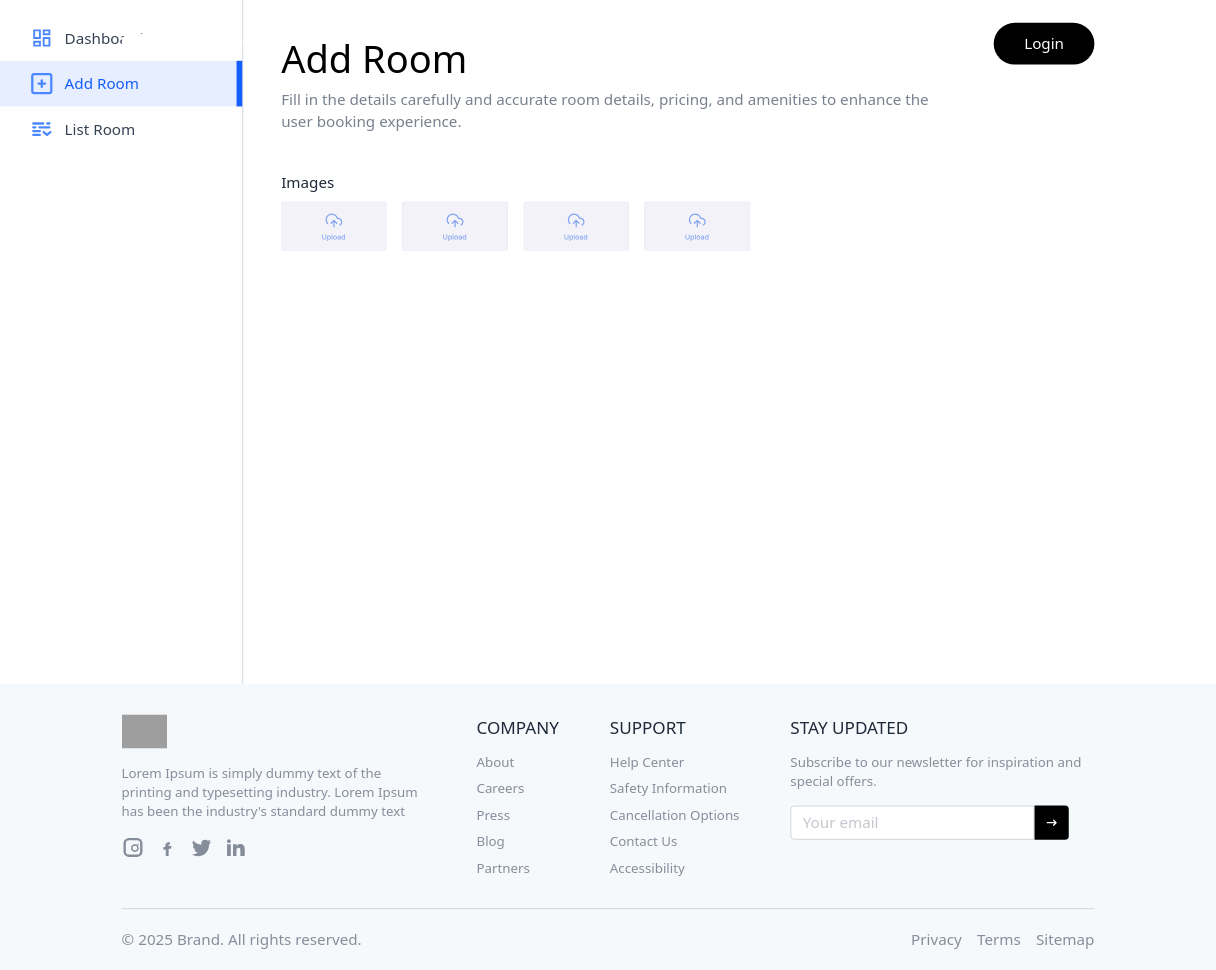
Repository: Ponn-Star/My-App
Page: /owner/add-room (app in FrontEnd/)
The author's editor kept a copy of each file at every save. The page is drawn from the files as they stood at one save, then again after the next save.
The browser window is 1280 px wide. The pictures show the whole page, at 95% of full size.
Pictures or frames that could not be fetched are drawn as grey boxes. The page's requests for data from a server got no answer. The project was rebuilt for these pictures with package versions that can differ from the ones it lists, and the page was loaded fresh each time. Some packages were replaced by stand-ins written for this rebuild. No one was signed in, and anything a server would have sent is missing. Also part of the build but not shown: FrontEnd/vite.config.js, FrontEnd/src/assets/assets.js, FrontEnd/src/components/Hero.jsx, FrontEnd/src/components/HotelCard.jsx, FrontEnd/src/components/FeaturedDestination.jsx, FrontEnd/src/components/ExclusiveOffers.jsx, FrontEnd/src/data/Test.ts, FrontEnd/src/components/StarRating.jsx and 7 more.

Above is the page before, as saved 2025-05-12 16:39:24.

After the next save:
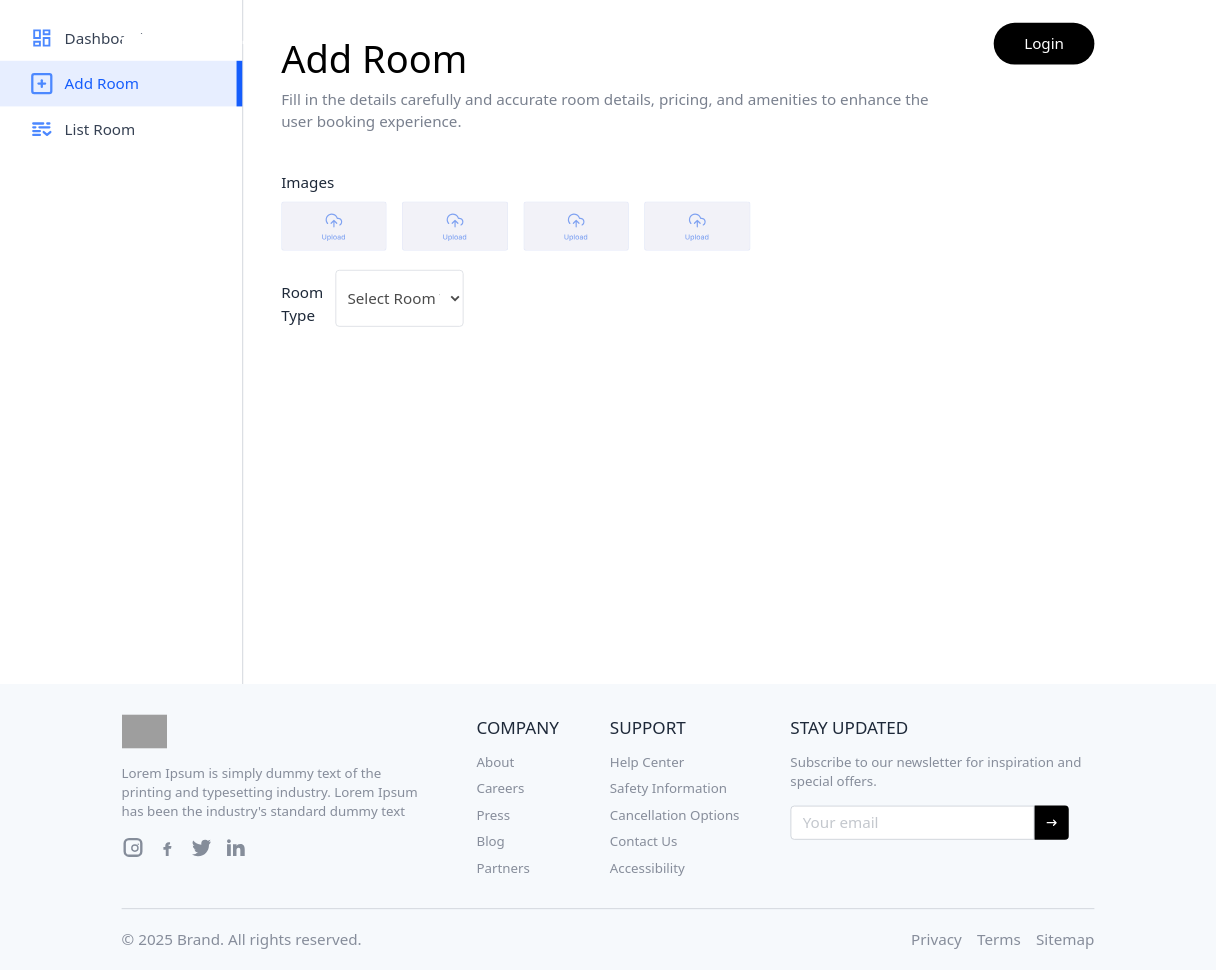
Saved 15 min 23 s later.
--- a/FrontEnd/src/pages/Owner/AddRoom.jsx
+++ b/FrontEnd/src/pages/Owner/AddRoom.jsx
@@ -36,6 +36,19 @@ const AddRoom = () => {
           </label>
         ))}
       </div>
+      <div className='w-full flex max-sm:flex-col sm:gap-4 mt-4'>
+        <div className='flex max-w-48'>
+          <p className='text-gray-800 mt-4'>Room Type</p>
+          <select value={inputs.roomType} onChange={e => setInputs({ ...inputs, roomType: e.target.value })} className='border opacity-70 border-gray-300 mt-1 rounded p-2 w-full'>
+            <option value="">Select Room Type</option>
+            <option value="Single Bed">Single Bed</option>
+            <option value="Double Bed">Double Bed</option>
+            <option value="Luxury Room">Luxury Room</option>
+            <option value="Family Suite">Family Suite</option>
+          </select>
+        </div>
+      </div>
+
     </form>
   )
 }
